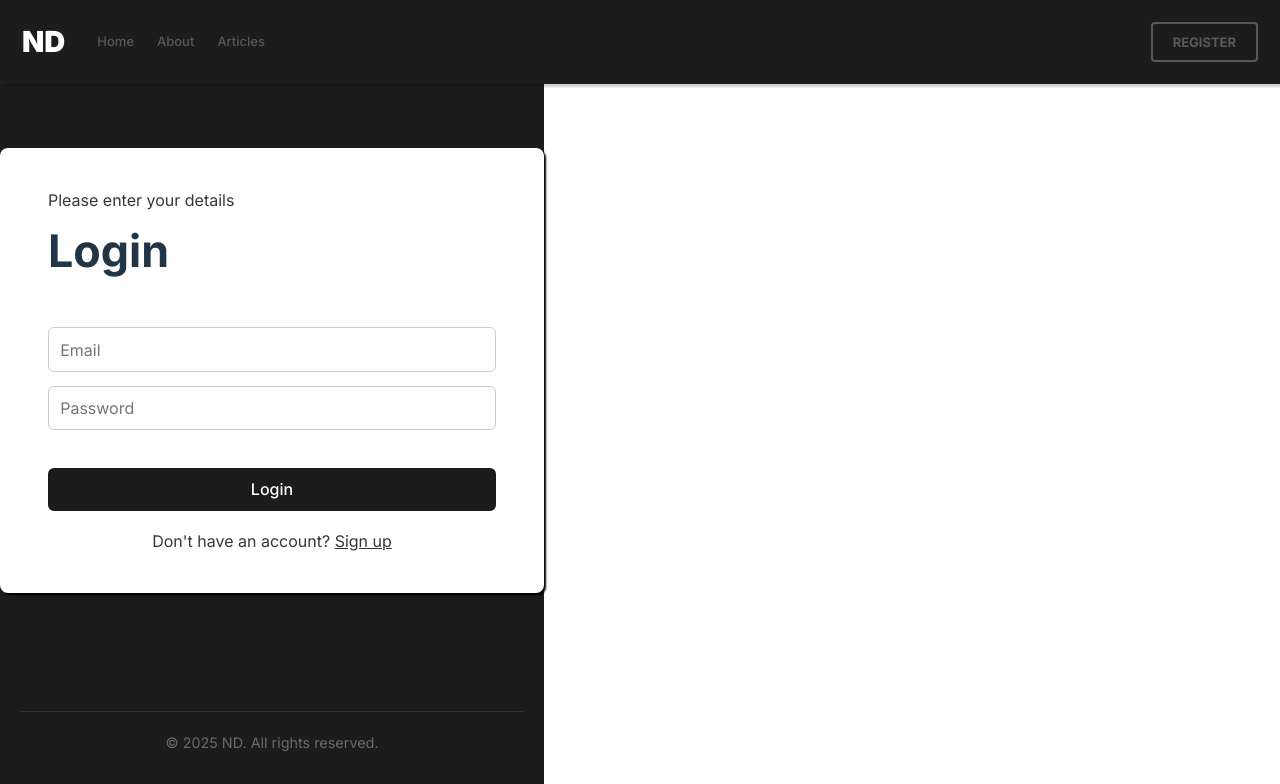
Repository: neomdavid/advancedwebprogramming
Page: /login
These files come from the project's save history. The page is drawn as it stood at one moment and after the next save; the edit follows.
The browser window is 1280 px wide. The pictures show the whole page.
The project was rebuilt for these pictures with package versions that can differ from the ones it lists, and the page was loaded fresh each time. Also part of the build but not shown: vite.config.js, src/styles/AboutPage.css, src/pages/AboutPAge.jsx, src/styles/ArticleList.css, src/article-content.js, src/components/ArticleList.jsx, src/pages/ArticleListPage.jsx, src/styles/ArticlePage.css and 4 more.

Above is the page before, as saved 2025-04-22 08:45:01.

After the next save:
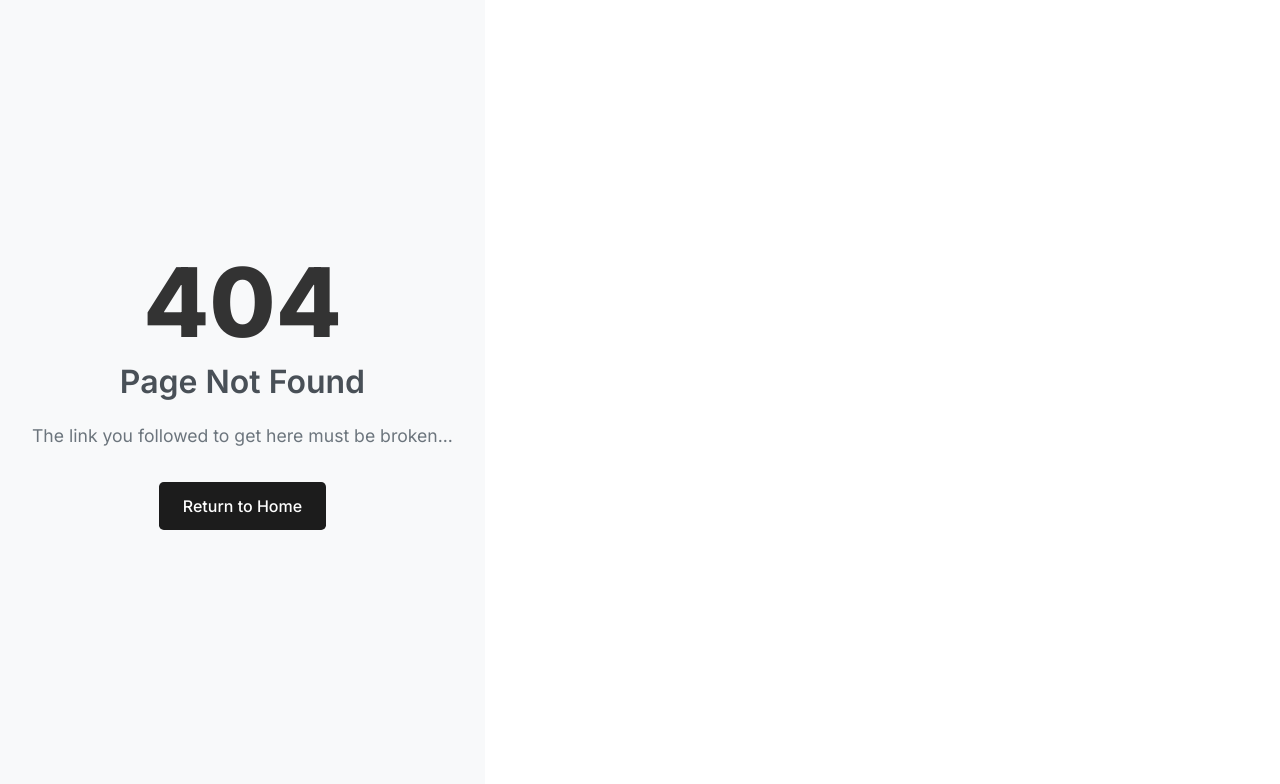
Saved 20 s later.
--- a/src/pages/LoginPage.jsx
+++ b/src/pages/LoginPage.jsx
@@ -36,7 +36,7 @@ const LoginPage = () => {
           Login
         </button>
         <p className="signup-text">
-          Don't have an account? <span>Sign up</span>
+          Don't have an account? <Link>Sign up</Link>
         </p>
       </div>
     </main>

After the save that followed:
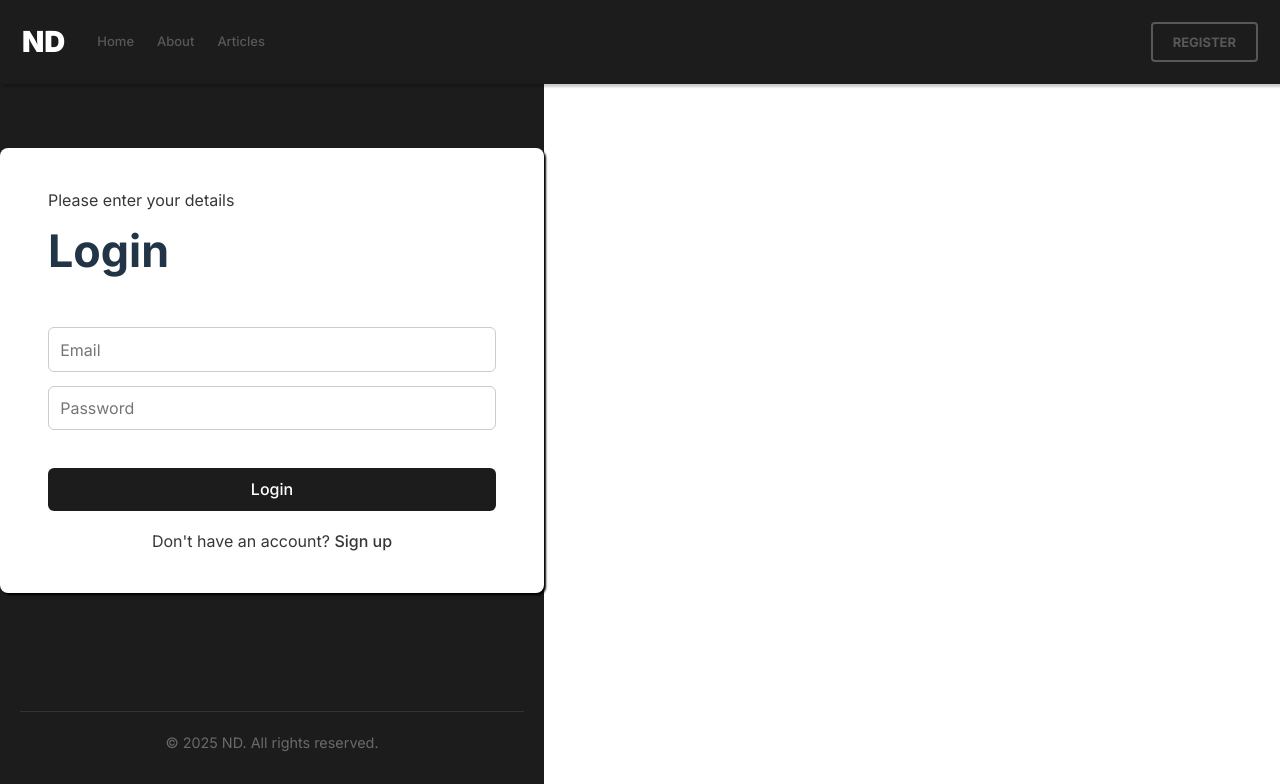
Saved 9 s later.
--- a/src/pages/LoginPage.jsx
+++ b/src/pages/LoginPage.jsx
@@ -1,5 +1,6 @@
 import React, { useState } from "react";
 import "../styles/LoginPage.css";
+import { Link } from "react-router-dom";
 
 const LoginPage = () => {
   const [email, setEmail] = useState("");
